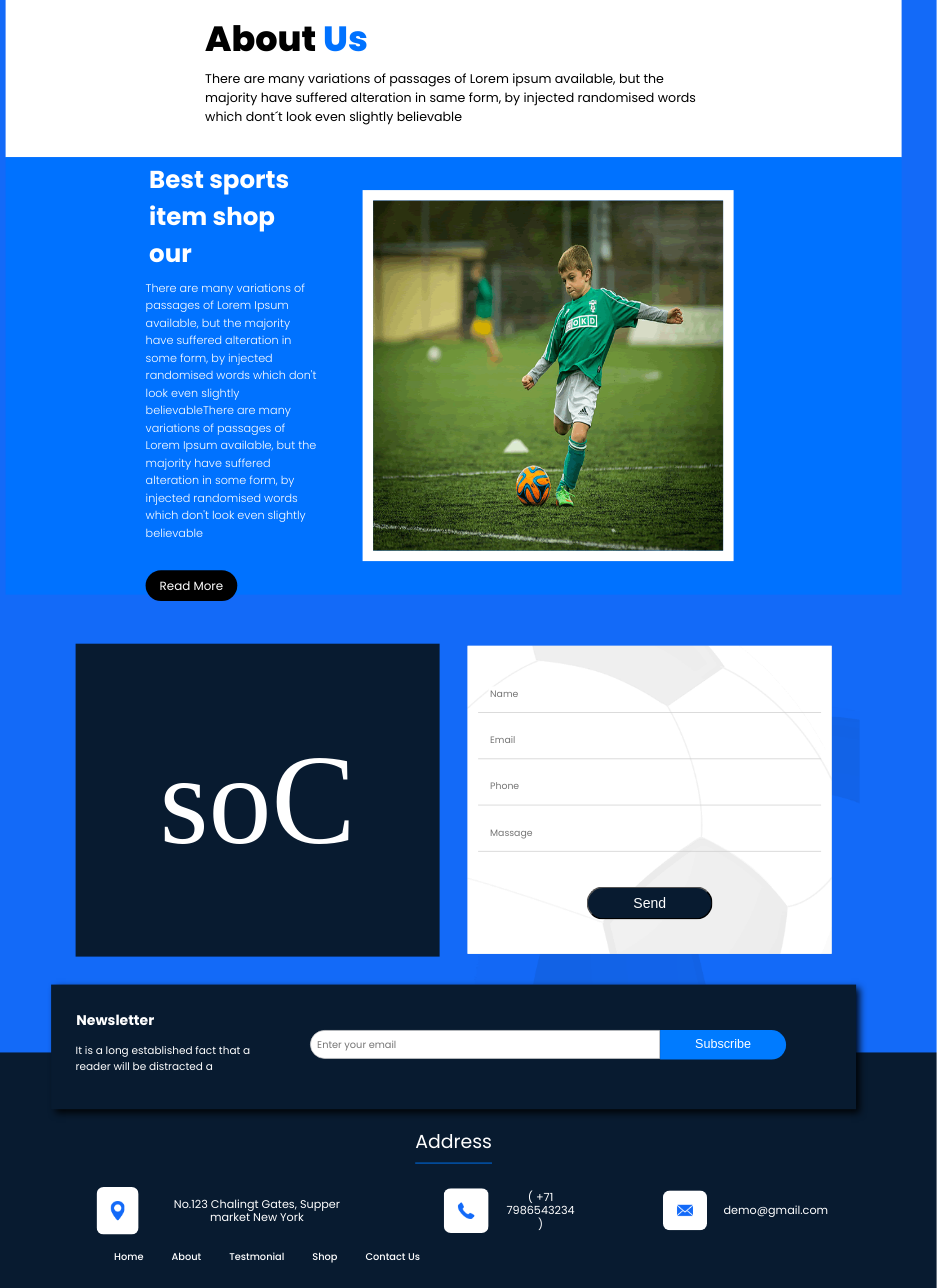
Repository: Vinicius9922/Projeto-Web
Page: index.html
These files come from the project's save history. The page is drawn as it stood at one moment and after a run of saves; the edit follows.
The browser window is 1280 px wide. The page is 1338 px wide, so the pictures cover 1338 px, including what lies to the right of the window. The pictures show the part of the page from y = 1902 to 3742 px (the page is 3742 px tall), at 70% of full size.

Above is the page before, as saved 2024-12-13 19:57:10.

After the next 2 saves:
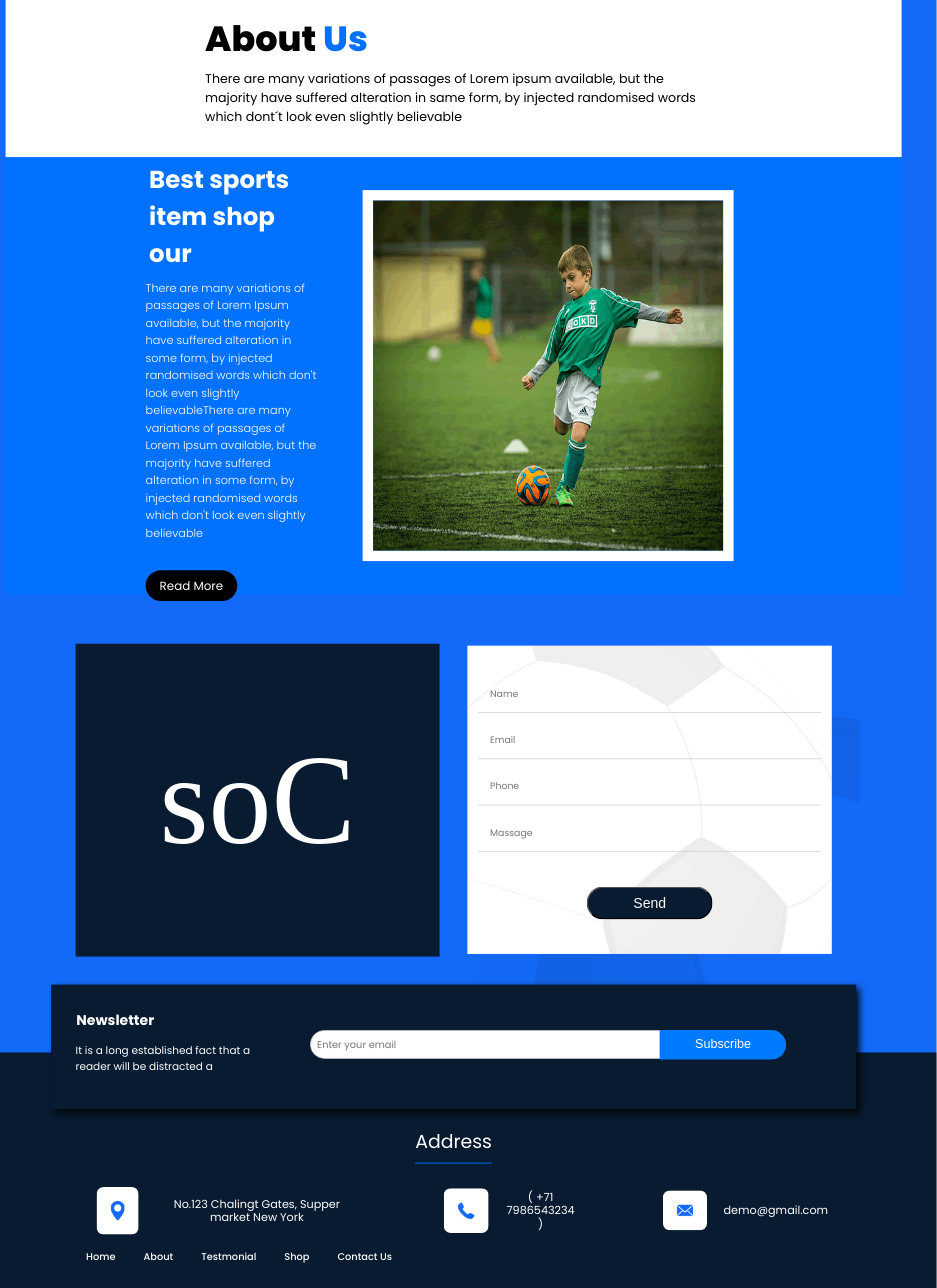
The 2 saves are shown as one change because they came seconds apart.
The last was saved 8 s later.
--- a/index.css
+++ b/index.css
@@ -456,7 +456,7 @@
 .menu_text ul{
     font-size: 14px;
     text-align: center;
-    padding:0px 50px 0px 50px;
+    padding:0px 10px 0px 10px;
     align-items:center;
 }
 
